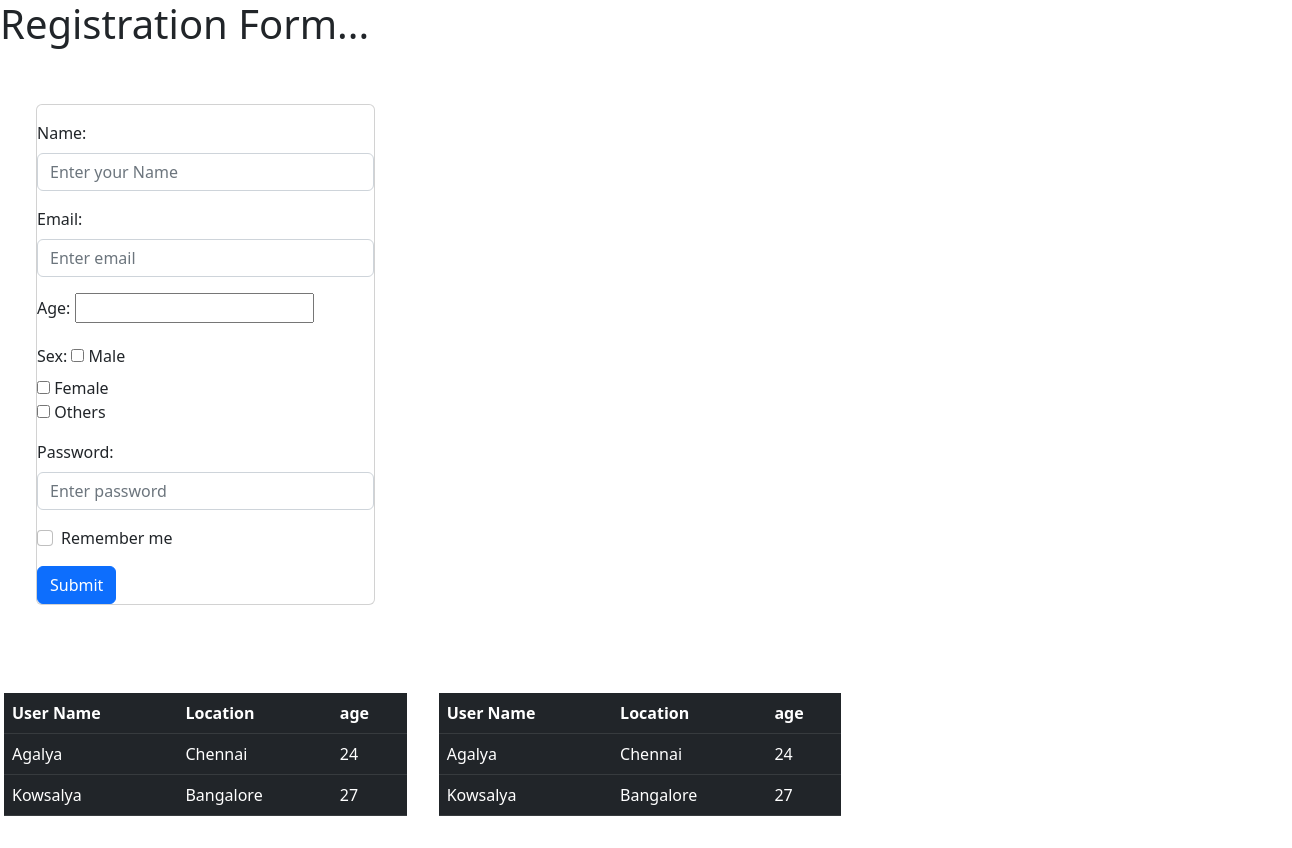
Repository: rajeshkannane/java1
Page: Form/public/index.html
These files come from the project's save history. The page is drawn as it stood at one moment and after the next save; the edit follows.
The browser window is 1280 px wide. The page is 1292 px wide, so the pictures cover 1292 px, including what lies to the right of the window. The pictures show the whole page.

Above is the page before, as saved 2022-11-16 12:46:50.

### Form/public/index.html
<!DOCTYPE html>
<html>
<head>
            <meta charset="UTF-8">
            <title>Form Demo</title>
            <link href="https://cdn.jsdelivr.net/npm/bootstrap@5.2.2/dist/css/bootstrap.min.css" rel="stylesheet">
        </head>
       <h1 style="font-size:40px;">Registration Form...</h1>


<body>
<div class="row" >
<div class="col-sm-4 p-5" style="border-width:10; border-radius:10; border-color:gray" >
<div class="card">
<form action="/nextPages.html">
 <div class="mb-3 mt-3">
    <label for="Name" class="form-label">Name:</label>
    <input type="Name" class="form-control" id="Name" placeholder="Enter your Name" name="Name">
  </div>
  <div class="mb-3 mt-3">
    <label for="email" class="form-label">Email:</label>
    <input type="email" class="form-control" id="email" placeholder="Enter email" name="email">
  </div>
  <div class="mb-3 mt-3">
    <label for="Age" class="form-label">Age:</label>
  <input type="Number" id="Age" name="Age">
  </div>
   <div class="mb-3 mt-3">
  <label for="Sex" class="form-label">Sex:</label><d></d>
  <input type="checkbox" id="Sex" name="Male" value="Male">
  <label for="vehicle1"> Male</label><br>
  <input type="checkbox" id="Sex" name="Female" value="Female">
  <label for="vehicle2"> Female</label><br>
  <input type="checkbox" id="Sex" name="Others" value="Others">
  <label for="vehicle3"> Others</label>

  </div>
  <div class="mb-3">
    <label for="pwd" class="form-label">Password:</label>
    <input type="password" class="form-control" id="pwd" placeholder="Enter password" name="pswd">
  </div>
  <div class="form-check mb-3">
    <label class="form-check-label">
      <input class="form-check-input" type="checkbox" name="remember"> Remember me
    </label>
  </div>
  <button type="submit" class="btn btn-primary">Submit</button>
</form>
</div>
</div>
</div>

<br>
<div class="row">
<div class="col-sm-4 p-3" >
<table class="table table-dark" style="text-align:1%">
  <tr>
    <th>User Name</th>
    <th>Location</th>
    <th>age</th>
  </tr>
  <tr>
    <td>Agalya</td>
    <td>Chennai</td>
    <td>24</td>
  </tr>
  <tr>
    <td>Kowsalya</td>
    <td>Bangalore</td>
    <td>27</td>
  </tr>
    </table>
    </div>
    <div class="col-sm-4 p-3" >
<table class="table table-dark" style="text-align:1%">
  <tr>
    <th>User Name</th>
    <th>Location</th>
    <th>age</th>
  </tr>
  <tr>
    <td>Agalya</td>
    <td>Chennai</td>
    <td>24</td>
  </tr>
  <tr>
    <td>Kowsalya</td>
    <td>Bangalore</td>
    <td>27</td>
  </tr>
    </table>
    </div>
    </div>
</body>
</html>

After the next save:
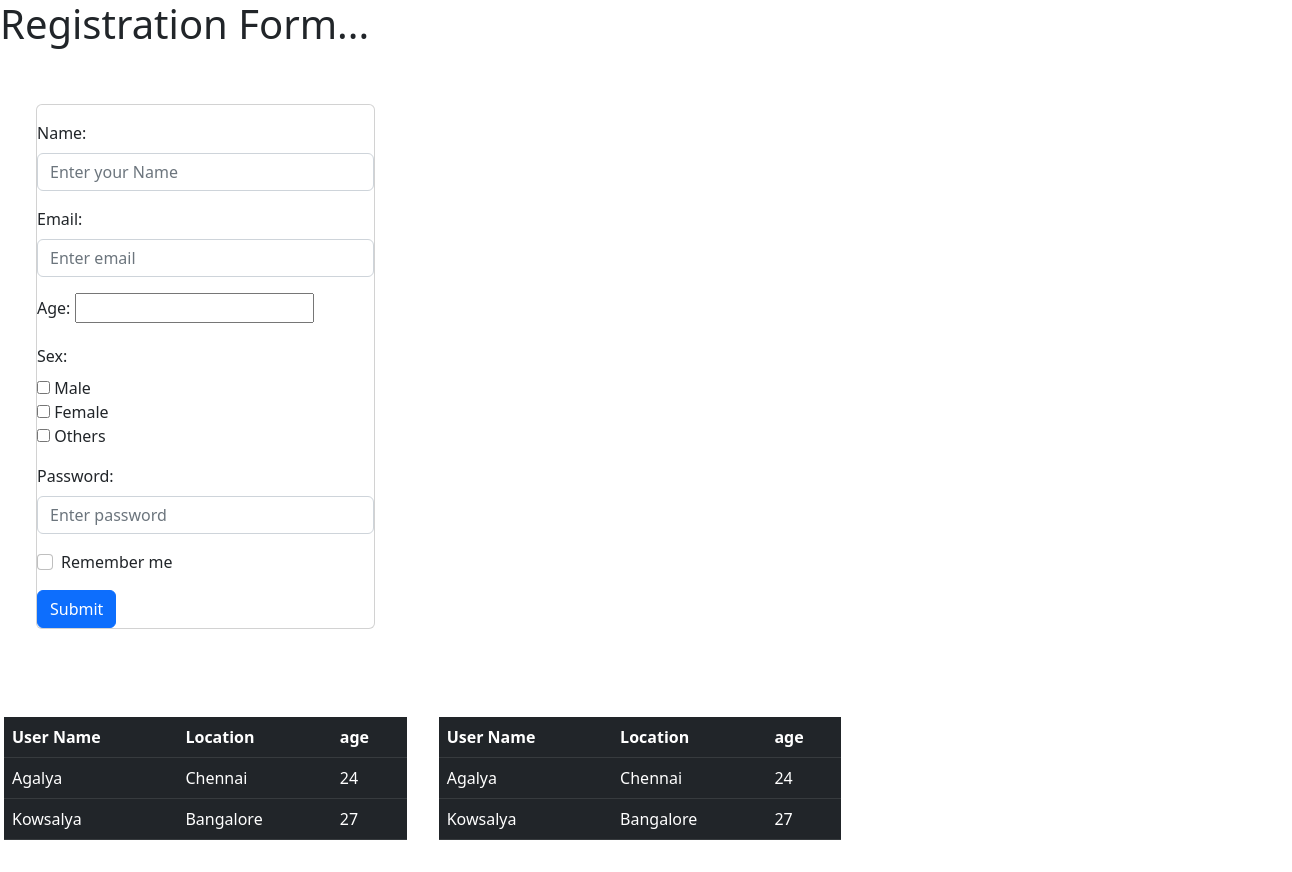
Saved 48 s later.
--- a/Form/public/index.html
+++ b/Form/public/index.html
@@ -26,7 +26,7 @@
   <input type="Number" id="Age" name="Age">
   </div>
    <div class="mb-3 mt-3">
-  <label for="Sex" class="form-label">Sex:</label><d></d>
+  <label for="Sex" class="form-label">Sex:</label><br>
   <input type="checkbox" id="Sex" name="Male" value="Male">
   <label for="vehicle1"> Male</label><br>
   <input type="checkbox" id="Sex" name="Female" value="Female">
